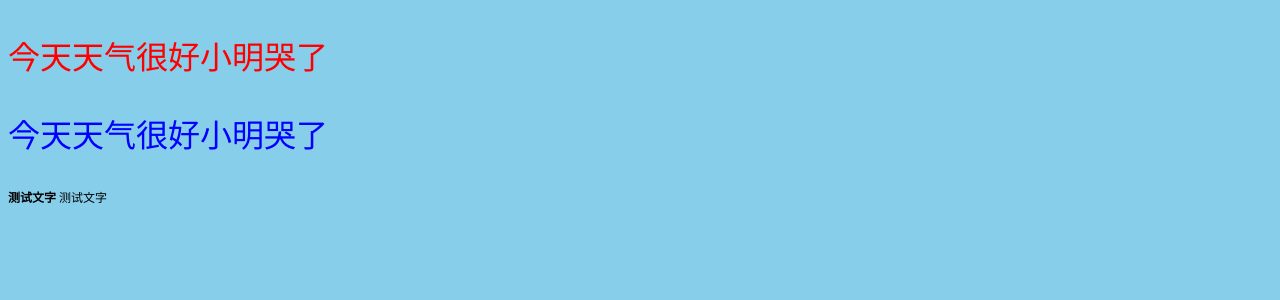
Repository: WKYQAQ/LX
Page: day03_css.html
These files come from the project's save history. The page is drawn as it stood at one moment and after the next save; the edit follows.
The browser window is 1280 px wide. The pictures show the whole page.

Above is the page before, as saved 2020-07-23 11:58:32.

### day03_css.html
<!DOCTYPE html>
<html lang="en">
<head>
    <meta charset="UTF-8">
    <meta name="viewport" content="width=device-width, initial-scale=1.0">
    <title>Document</title>
    <link rel="stylesheet" href="./style/index.css">
    <style>
        *{
            font-size: 12px;
        }
        p{
            color: red;
        }
        #blue{
            color: blue;
        }
        .f{
            font-family:"华文行楷";
        }
        .blue{
            color: blue;
        }
    </style>
</head>
<body>
    <p style="font-size: 32px;" class="f">今天天气很好小明哭了</p><!--对于颜色来说行内的优先级最高-->
    <p style="font-size: 32px;" id="blue">今天天气很好小明哭了</p><!--id选择器，是特定的东西有特定的颜色，方式：#+id名称,不可重复使用-->
    <b class="f">测试文字</b><!--class可以重复使用-->
    <span class="f">测试文字</span>
</body>
</html>

### style/index.css
body{
    background: skyblue;
}
p{
    color: green;
}

After the next save:
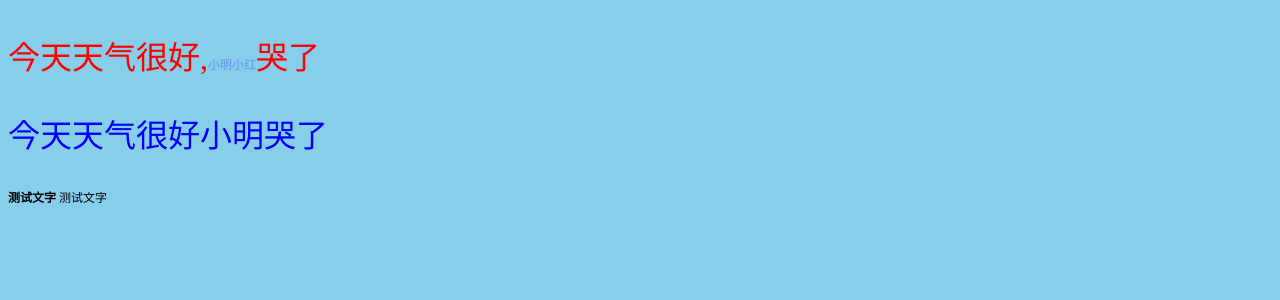
Saved 6 min 28 s later.
--- a/day03_css.html
+++ b/day03_css.html
@@ -21,10 +21,13 @@
         .blue{
             color: blue;
         }
+        p span{
+            color: cornflowerblue;
+        }
     </style>
 </head>
 <body>
-    <p style="font-size: 32px;" class="f">今天天气很好小明哭了</p><!--对于颜色来说行内的优先级最高-->
+    <p style="font-size: 32px;" class="f">今天天气很好,<span>小明<span>小红</span></span>哭了</p><!--对于颜色来说行内的优先级最高-->
     <p style="font-size: 32px;" id="blue">今天天气很好小明哭了</p><!--id选择器，是特定的东西有特定的颜色，方式：#+id名称,不可重复使用-->
     <b class="f">测试文字</b><!--class可以重复使用-->
     <span class="f">测试文字</span>
